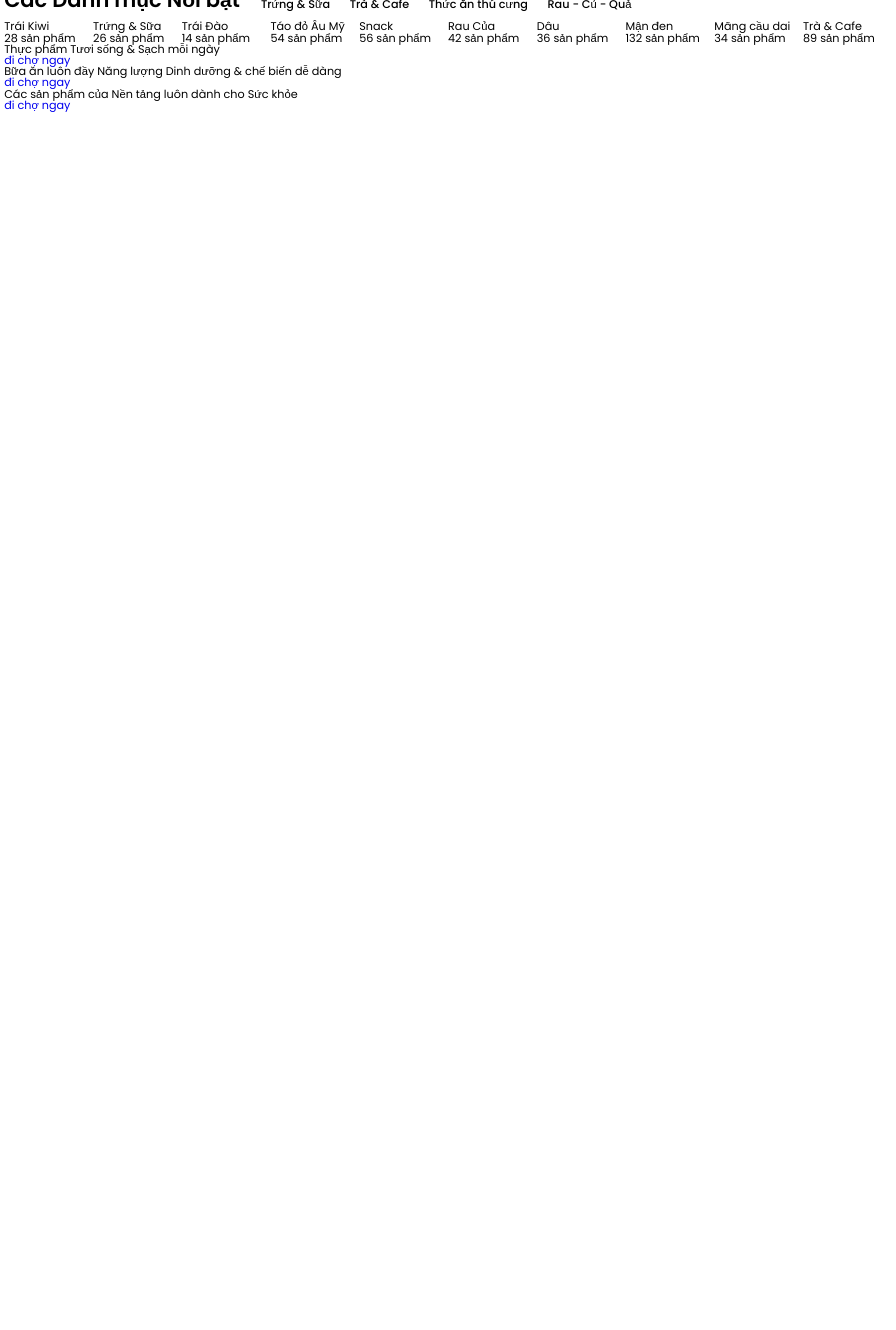
Repository: DucNghia2004/project_pro_01
Page: index.html
The author's editor kept a copy of each file at every save. The page is drawn from the files as they stood at one save, then again after the next save.
The browser window is 1280 px wide. The pictures show the part of the page from y = 779 to 2679 px (the page is 10285 px tall), at 70% of full size.
A picture or video elsewhere on the page could not be fetched, so the positions and the page height are approximate.

Above is the page before, as saved 2024-05-31 09:24:16.

After the next save:
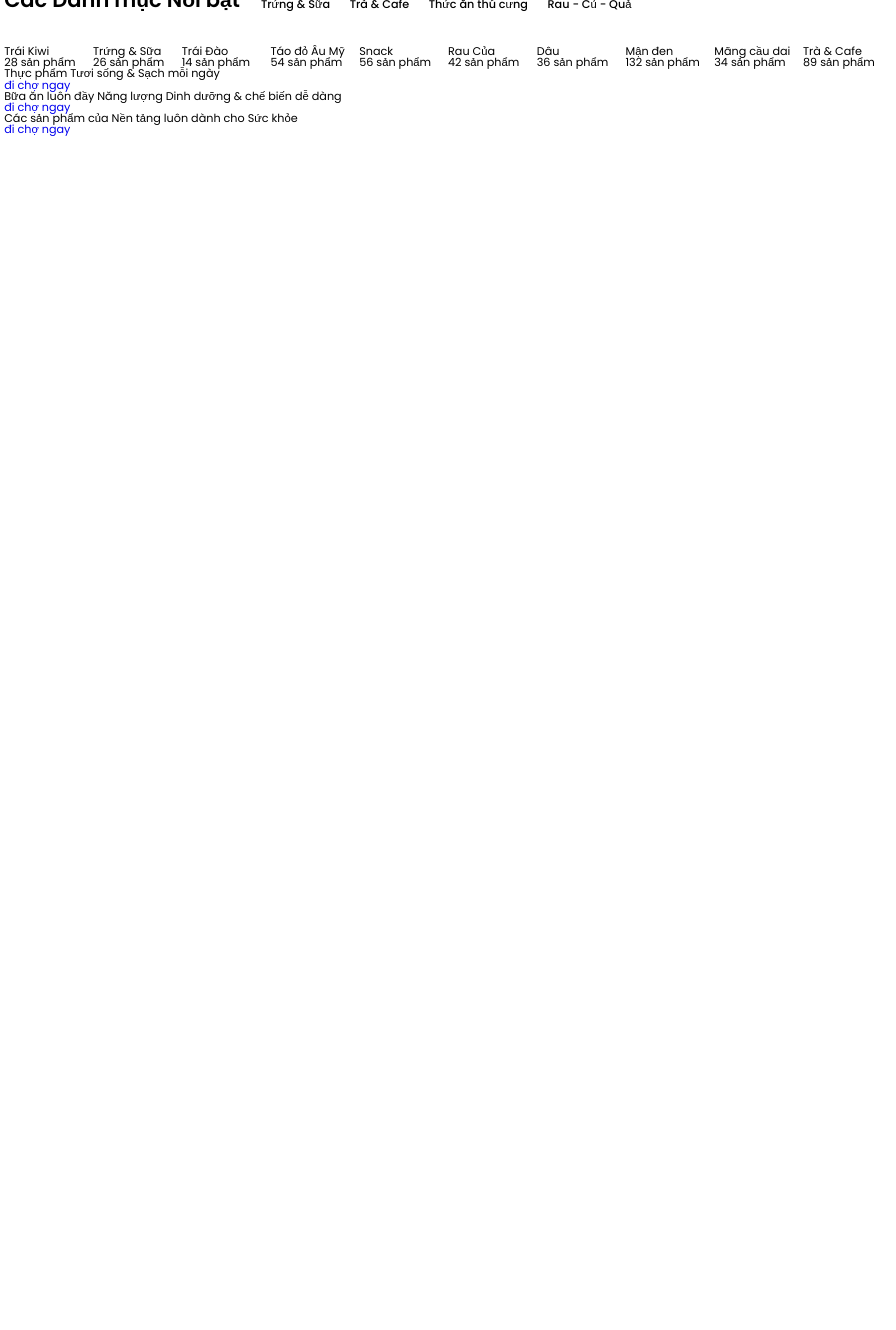
Saved 26 s later.
--- a/assets/css/styles.css
+++ b/assets/css/styles.css
@@ -496,6 +496,7 @@ a {
 }
 
 .menu-product {
+    margin-top: 35px;
     display: grid;
     grid-template-columns: repeat(10, 1fr);
 }
